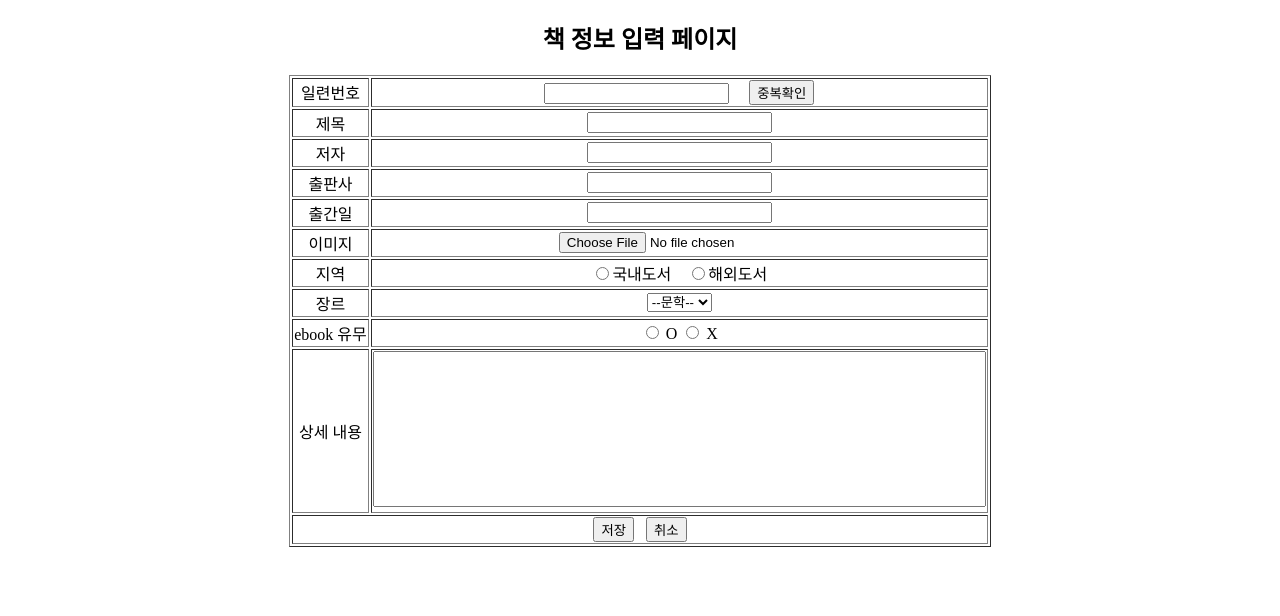
Repository: Served01/Project2_2209
Page: http://localhost/bookReviewProgram/bkInsertform.jsp
These files come from the project's save history. The page is drawn as it stood at one moment and after the next save; the edit follows.
The browser window is 1280 px wide. The pictures show the whole page.
The page is served by Tomcat 9. Other server files are loaded and not shown.

Above is the page before, as saved 2022-09-24 02:45:05.

### bookReviewProgram/src/main/webapp/bkInsertform.jsp
<%@ page language="java" contentType="text/html; charset=UTF-8"
    pageEncoding="UTF-8"%>
<!DOCTYPE html>
<html>
<head>
<meta charset="UTF-8">
<title>책 정보 입력 페이지</title>
</head>
<style>
table{
margin: auto;
}
</style>
<body>
<h2 align = "center">책 정보 입력 페이지</h2>

<form action="bkInsertPro.jsp" method="post" enctype="multipart/form-data">
<table border="1">
	<tr align = "center">
		<td>일련번호</td>
		<td><input type="text" name="bk_number">
			&nbsp; &nbsp;
			<button type="button">중복확인</button></td>
	</tr>
	<tr align = "center">
		<td>제목</td>
		<td><input type="text" name="bk_title"></td>
	</tr>
	<tr align = "center">
		<td>저자</td>
		<td><input type="text" name="bk_writer"></td>
	</tr>
	<tr align = "center">
		<td>출판사</td>
		<td><input type="text" name="bk_publisher"></td>
	</tr>
	<tr align = "center">
		<td>출간일</td>
		<td><input type="text" name="bk_pubdate"></td>
	</tr>
	<tr align = "center">
		<td>이미지</td>
		<td>&nbsp;&nbsp;&nbsp;<input type="file" value="파일 선택" name="bk_image"/>
	</tr>
	<tr align = "center">
		<td>지역</td>
		<td>
		<input type="radio" name="bk_local" value="0"/>국내도서
		&nbsp;&nbsp;
		<input type="radio" name="bk_local" value="1"/>해외도서
		</td>
	</tr>
	<tr align="center">
		<td>장르</td>
		<td>
			<select name="bk_genre">
				<option value="0">--문학--</option>
				<option value="1">--역사--</option>
				<option value="2">--소설--</option>
				<option value="3">--만화--</option>
				<option value="4">--기타--</option>
			</select>
		</td>
	</tr>
	<tr align="center">
		<td>ebook 유무</td>
		<td>
			<input type="radio" name="bk_ebook" value="0"/> O
			<input type="radio" name="bk_ebook" value="1"/> X
		</td>
	</tr>
	<!-- 작성일 sysdate 처리 -->
	<tr align="center">
		<td>상세 내용</td>
		<td>
			<textarea rows="10" cols="74" name="bk_detail" style ="resize:none"></textarea></td>
	</tr>
	<tr align="center">
		<td colspan="2">
			<input type="submit" value="저장"/>&nbsp;&nbsp;
			<input type="button" value="취소" onclick="location.href='mainsession.jsp'"/>
	</tr>

</table>
</form>

</body>
</html>

After the next save:
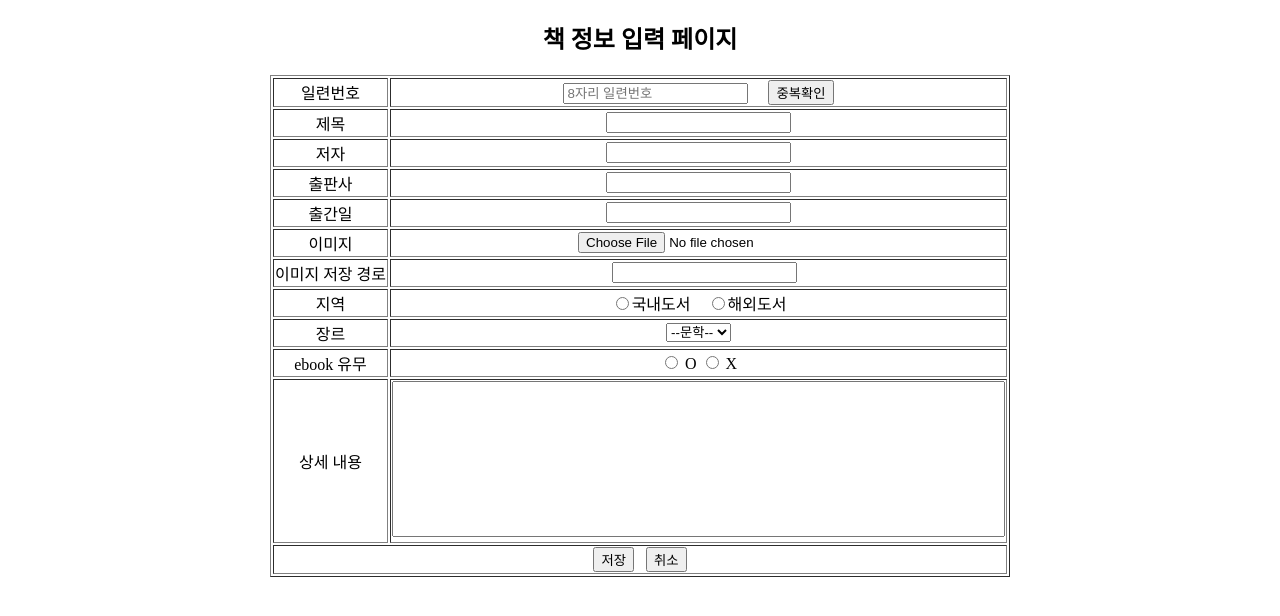
Saved 4 min 41 s later.
--- a/bookReviewProgram/src/main/webapp/bkInsertform.jsp
+++ b/bookReviewProgram/src/main/webapp/bkInsertform.jsp
@@ -18,29 +18,33 @@
 <table border="1">
 	<tr align = "center">
 		<td>일련번호</td>
-		<td><input type="text" name="bk_number">
+		<td><input type="text" name="bk_number" placeholder="8자리 일련번호"/>
 			&nbsp; &nbsp;
 			<button type="button">중복확인</button></td>
 	</tr>
 	<tr align = "center">
 		<td>제목</td>
-		<td><input type="text" name="bk_title"></td>
+		<td><input type="text" name="bk_title"/></td>
 	</tr>
 	<tr align = "center">
 		<td>저자</td>
-		<td><input type="text" name="bk_writer"></td>
+		<td><input type="text" name="bk_writer"/></td>
 	</tr>
 	<tr align = "center">
 		<td>출판사</td>
-		<td><input type="text" name="bk_publisher"></td>
+		<td><input type="text" name="bk_publisher"/></td>
 	</tr>
 	<tr align = "center">
 		<td>출간일</td>
-		<td><input type="text" name="bk_pubdate"></td>
+		<td><input type="text" name="bk_pubdate"/></td>
 	</tr>
 	<tr align = "center">
 		<td>이미지</td>
 		<td>&nbsp;&nbsp;&nbsp;<input type="file" value="파일 선택" name="bk_image"/>
+	</tr>
+	<tr align = "center">
+		<td>이미지 저장 경로</td>
+		<td>&nbsp;&nbsp;&nbsp;<input type="text" name="img_location"/>
 	</tr>
 	<tr align = "center">
 		<td>지역</td>
